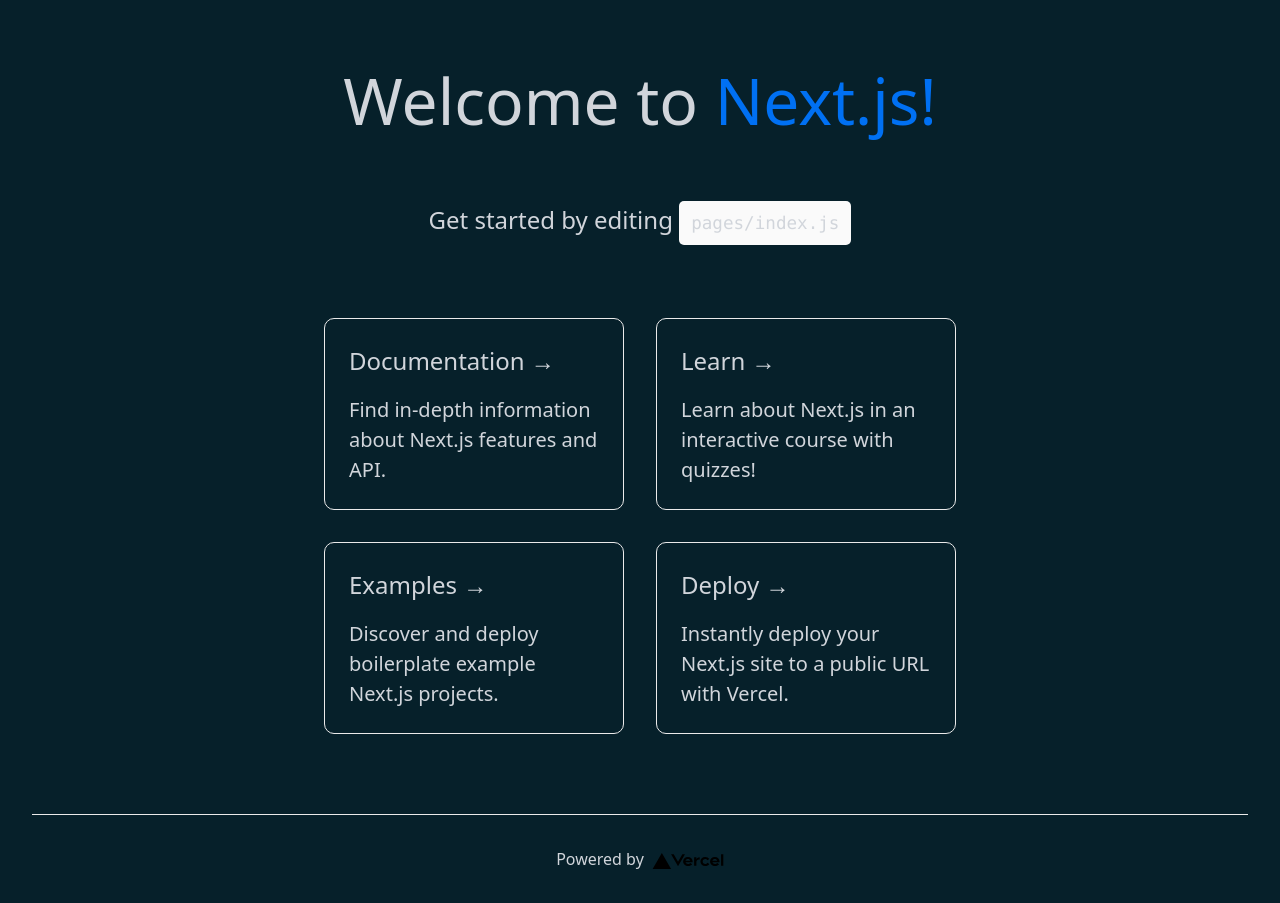
Repository: dcolind/hulu-clone
Page: /
The author's editor kept a copy of each file at every save. The page is drawn from the files as they stood at one save, then again after a run of saves.
The browser window is 1280 px wide. The pictures show the whole page.
The project was rebuilt for these pictures with package versions that can differ from the ones it lists, and the page was loaded fresh each time. The framework's server and built-in components were replaced by stand-ins that run in the browser. Also part of the build but not shown: next.config.js.

Above is the page before, as saved 2022-04-05 22:59:05.

### styles/globals.css


/* ./styles/globals.css */
@tailwind base;
@tailwind components;
@tailwind utilities;

@layer base {
  body {
    @apply bg-[#06202A]  text-gray-300 overflow-x-hidden scrollbar-hide;
  }
}

### tailwind.config.js
module.exports = {
  mode: "jit",
  purge: ["./pages/**/*.{js,ts,jsx,tsx}", "./components/**/*.{js,ts,jsx,tsx}"],
  darkMode: false, // or 'media' or 'class'
  theme: {
    extend: {
      screens: {
        "3xl": "2000px",
      },
    },
  },
  variants: {
    extend: {},
  },
  plugins: [require("tailwind-scrollbar-hide")],
};

Loaded but not shown: pages/_app.js (common file); pages/index.js (common file); styles/Home.module.css (common file)

After the next 2 saves:
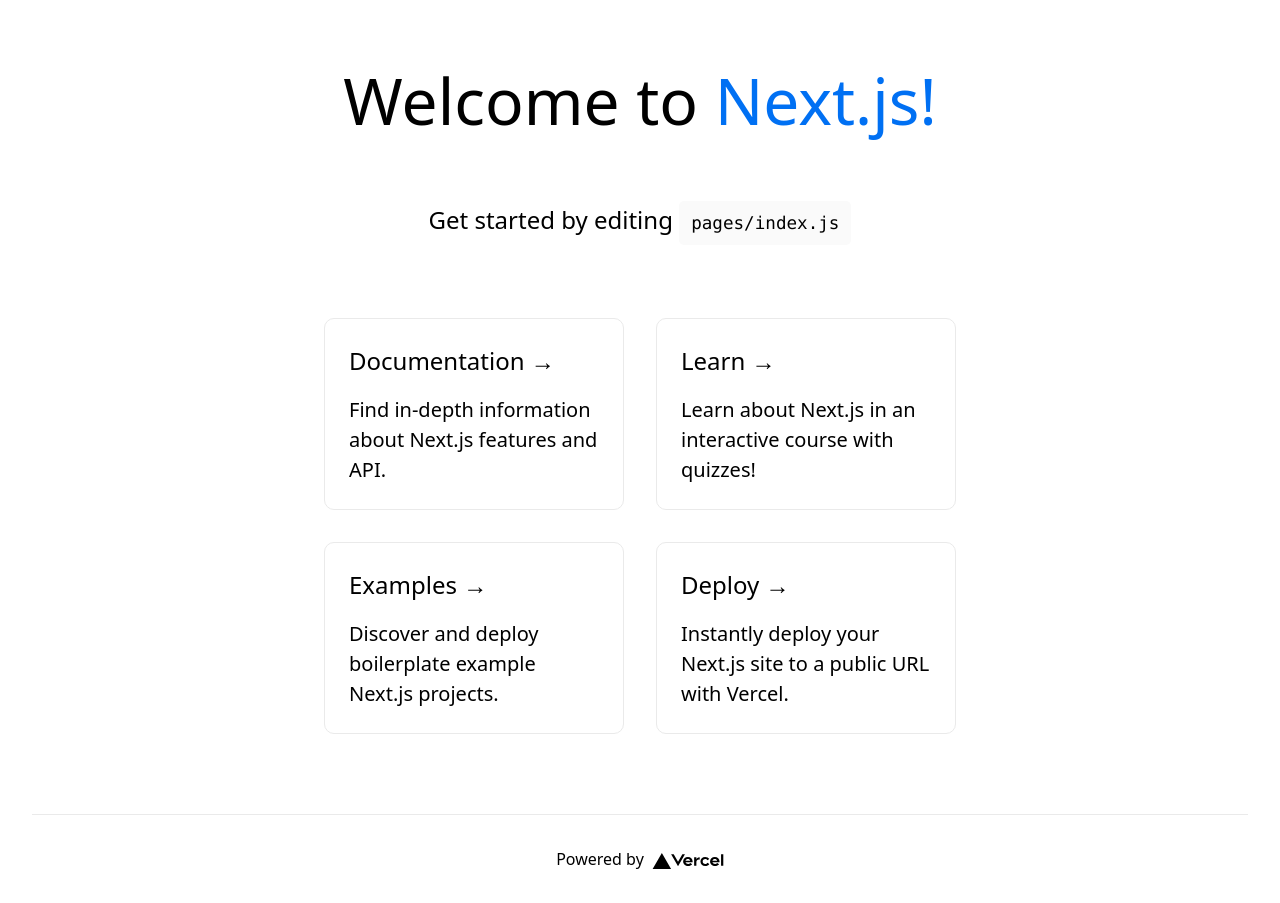
The 2 saves are shown as one change because 1 did not build or start.
The last was saved 76 s later.
--- a/styles/globals.css
+++ b/styles/globals.css
@@ -4,9 +4,3 @@
 @tailwind base;
 @tailwind components;
 @tailwind utilities;
-
-@layer base {
-  body {
-    @apply bg-[#06202A]  text-gray-300 overflow-x-hidden scrollbar-hide;
-  }
-}
--- a/tailwind.config.js
+++ b/tailwind.config.js
@@ -12,5 +12,5 @@
   variants: {
     extend: {},
   },
-  plugins: [require("tailwind-scrollbar-hide")],
+  plugins: [],
 };
